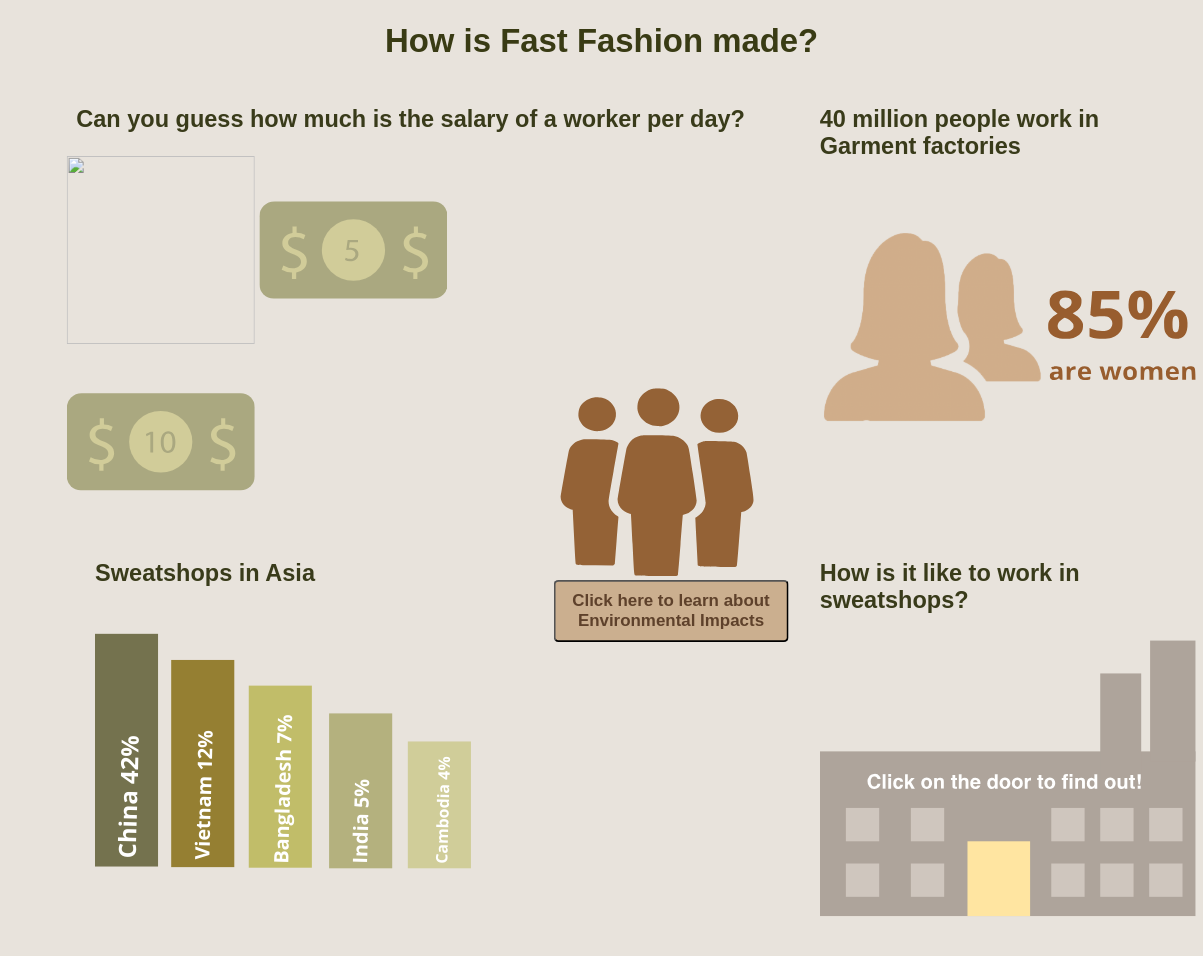
Repository: DevOfHockey/mdia-2190-midterm
Page: fashionlabor.html
The author's editor kept a copy of each file at every save. The page is drawn from the files as they stood at one save, then again after the next save.
The browser window is 1280 px wide. The pictures show the whole page, at 94% of full size.

Above is the page before, as saved 2022-03-07 18:49:30.

After the next save:
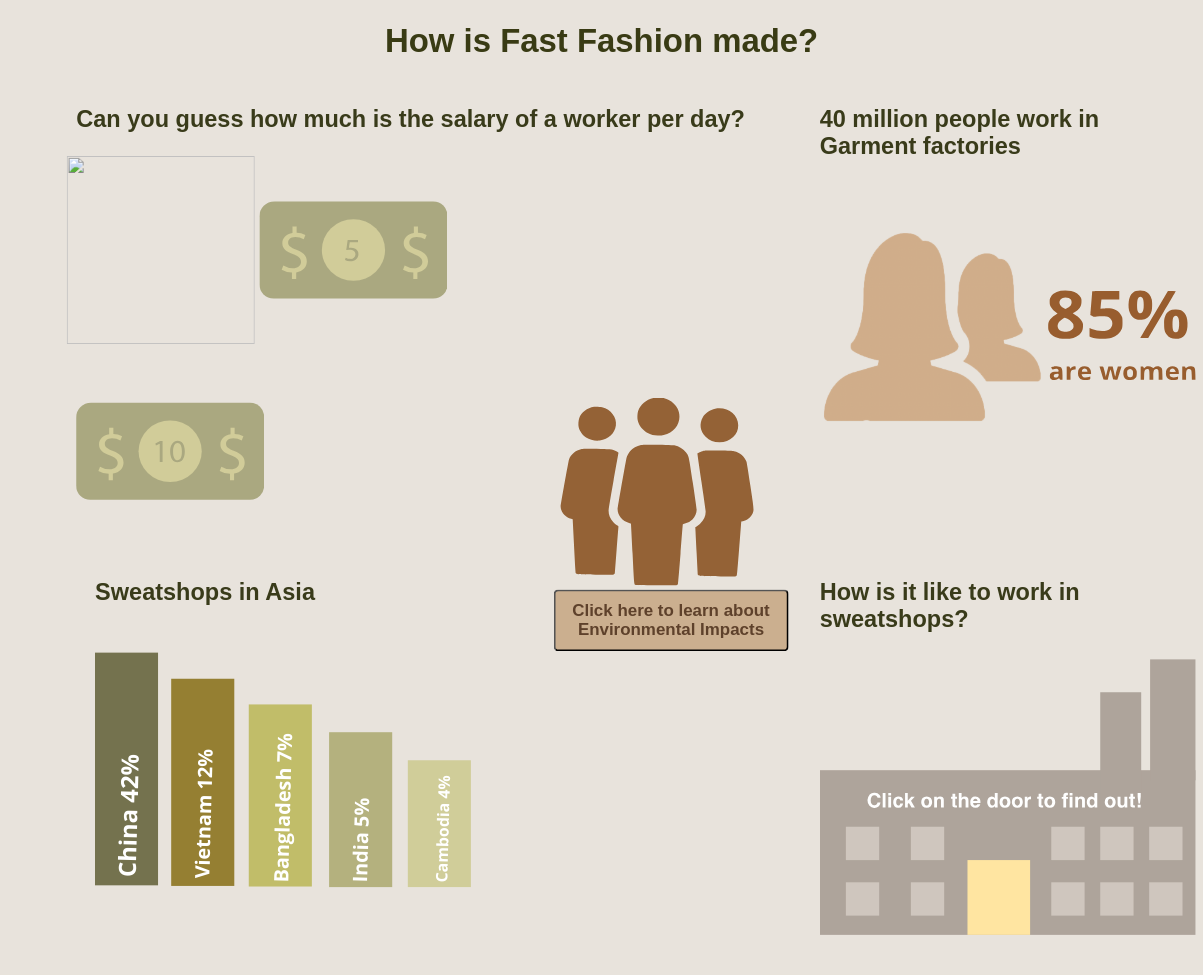
Saved 38 s later.
--- a/comps/salarybox.js
+++ b/comps/salarybox.js
@@ -11,8 +11,7 @@ img {
 
 img:nth-child(3) {
     display: flex;
-    margin-top: 0px;
-    padding: 0px;
+    padding: 10px;
 }
 
 </style>
